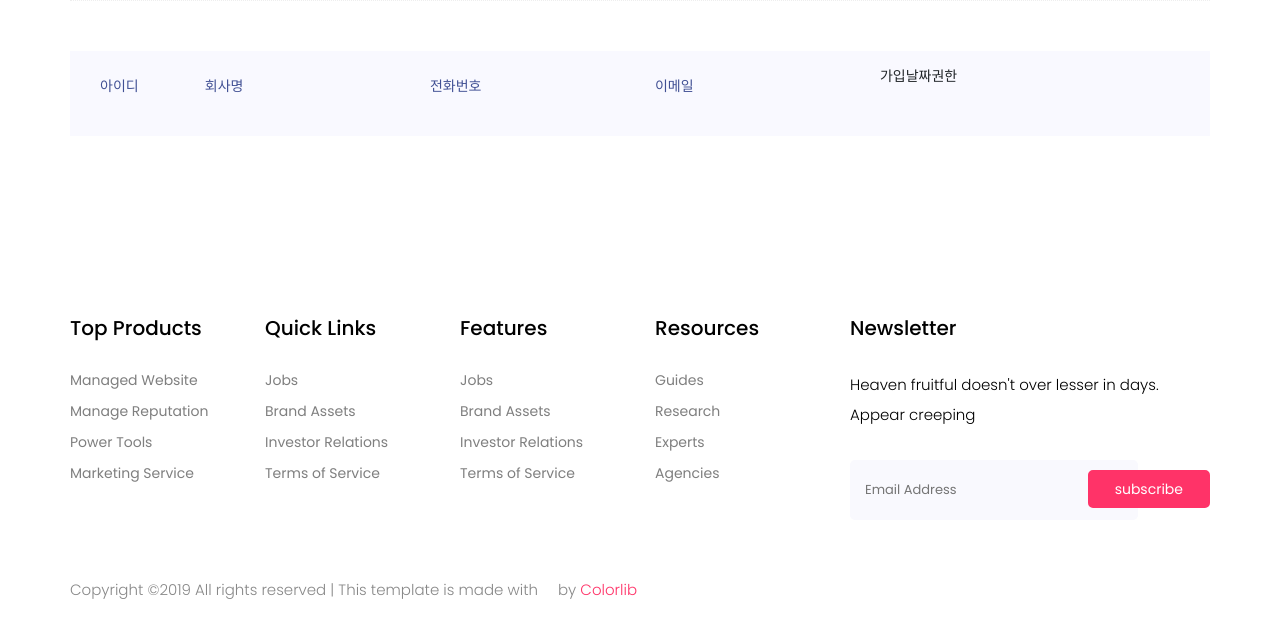
Repository: Park-SM/JspInUniv
Page: http://localhost/park-shop/member-list.jsp
The author's editor kept a copy of each file at every save. The page is drawn from the files as they stood at one save, then again after a run of saves.
The browser window is 1280 px wide. The pictures show the part of the page from y = 499 to 1129 px (the page is 1129 px tall).
Some web fonts or font styles are not loaded; a fallback is used. The page is served by Tomcat 9. Other server files are loaded and not shown.

Above is the page before, as saved 2019-12-18 18:13:10.

### 2a201612015/park-shop/WebContent/member-list.jsp
<%@ page language="java" contentType="text/html; charset=UTF-8" pageEncoding="UTF-8"%>
<%@ taglib uri="http://java.sun.com/jsp/jstl/core" prefix="c" %>
<!doctype html>
<html lang="zxx">

<head>
	<!-- Required meta tags -->
	<meta charset="utf-8">
	<meta name="viewport" content="width=device-width, initial-scale=1, shrink-to-fit=no">
	<title>aranoz</title>
	<link rel="icon" href="img/favicon.png">
	<!-- Bootstrap CSS -->
	<link rel="stylesheet" href="css/bootstrap.min.css">
	<!-- animate CSS -->
	<link rel="stylesheet" href="css/animate.css">
	<!-- owl carousel CSS -->
	<link rel="stylesheet" href="css/owl.carousel.min.css">
	<!-- font awesome CSS -->
	<link rel="stylesheet" href="css/all.css">
	<!-- flaticon CSS -->
	<link rel="stylesheet" href="css/flaticon.css">
	<link rel="stylesheet" href="css/themify-icons.css">
	<link rel="stylesheet" href="css/nice-select.css">
	<!-- font awesome CSS -->
	<link rel="stylesheet" href="css/magnific-popup.css">
	<!-- swiper CSS -->
	<link rel="stylesheet" href="css/slick.css">
	<!-- style CSS -->
	<link rel="stylesheet" href="css/style.css">
</head>

<body>
	<!--::header part start::-->
	<%@ include file="header.jsp" %>
	<!-- Header part end-->


	<!-- breadcrumb start-->
	<section class="breadcrumb breadcrumb_bg">
		<div class="container">
			<div class="row">
				<div class="col-lg-12">
					<div class="breadcrumb_iner text-center">
						<div class="breadcrumb_iner_item">
							<h2>elements</h2>
						</div>
					</div>
				</div>
			</div>
		</div>
	</section>
	<!-- breadcrumb start-->

	<!-- Start Align Area -->
	<div class="whole-wrap">
		<div class="container box_1170">
			<div class="section-top-border">
				<div class="progress-table-wrap">
					<div class="progress-table">
						<div class="table-head">
							<div class="serial">아이디</div>
							<div class="visit">회사명</div>
							<div class="visit">전화번호</div>
							<div class="visit">이메일</div>
							<div>가입날짜</div>
							<div>권한</div>
						</div>

						 <c:choose>
	                         <c:when test="${ requestScope.memberlist != null}" >
	                            <c:forEach var="m" items="${ requestScope.memberlist }">
									<div class="table-row">
										<div class="serial">${ m.id }</div>
										<div class="visit">${ m.name }</div>
										<div class="visit">${ m.phone }</div>
										<div class="visit">${ m.email }</div>
										<div>${ m.regDate }</div>
										<div>${ m.rank }</div>
									</div>
								</c:forEach>
	                         </c:when>
	                         <c:otherwise>
	                         </c:otherwise>
                         </c:choose>

					</div>
				</div>
			</div>
		</div>
	</div>
	<!-- End Align Area -->

	<!--::footer_part start::-->
	<%@ include file="footer.jsp" %>
	<!--::footer_part end::-->

	<!-- jquery plugins here-->
	<!-- jquery -->
	<script src="js/jquery-1.12.1.min.js"></script>
	<!-- popper js -->
	<script src="js/popper.min.js"></script>
	<!-- bootstrap js -->
	<script src="js/bootstrap.min.js"></script>
	<!-- easing js -->
	<script src="js/jquery.magnific-popup.js"></script>
	<!-- swiper js -->
	<script src="js/swiper.min.js"></script>
	<!-- swiper js -->
	<script src="js/masonry.pkgd.js"></script>
	<!-- particles js -->
	<script src="js/owl.carousel.min.js"></script>
	<script src="js/jquery.nice-select.min.js"></script>
	<!-- slick js -->
	<script src="js/slick.min.js"></script>
	<script src="js/jquery.counterup.min.js"></script>
	<script src="js/waypoints.min.js"></script>
	<script src="js/contact.js"></script>
	<script src="js/jquery.ajaxchimp.min.js"></script>
	<script src="js/jquery.form.js"></script>
	<script src="js/jquery.validate.min.js"></script>
	<script src="js/mail-script.js"></script>
	<!-- custom js -->
	<script src="js/custom.js"></script>
</body>

</html>

### 2a201612015/park-shop/WebContent/header.jsp
    <%@ taglib uri="http://java.sun.com/jsp/jstl/core" prefix="c" %>

    <header class="main_menu home_menu">
        <div class="container">
            <div class="row align-items-center">
                <div class="col-lg-12">
                    <nav class="navbar navbar-expand-lg navbar-light">
                        <a class="navbar-brand" href="index.jsp"> <img src="img/logo.png" alt="logo"> </a>
                        <button class="navbar-toggler" type="button" data-toggle="collapse"
                            data-target="#navbarSupportedContent" aria-controls="navbarSupportedContent"
                            aria-expanded="false" aria-label="Toggle navigation">
                            <span class="menu_icon"><i class="fas fa-bars"></i></span>
                        </button>

                        <div class="collapse navbar-collapse main-menu-item" id="navbarSupportedContent">
                            <ul class="navbar-nav">
                                <li class="nav-item">
                                    <a class="nav-link" href="member-list.do">Members</a>
                                </li>
                                <li class="nav-item dropdown">
                                    <a class="nav-link dropdown-toggle" href="blog.jsp" id="navbarDropdown_1"
                                        role="button" data-toggle="dropdown" aria-haspopup="true" aria-expanded="false">
                                        Shop
                                    </a>
                                    <div class="dropdown-menu" aria-labelledby="navbarDropdown_1">
                                        <a class="dropdown-item" href="category.jsp"> shop category</a>
                                        <a class="dropdown-item" href="product-list.do">product lists</a>
                                    </div>
                                </li>
                                <li class="nav-item dropdown">
                                    <a class="nav-link dropdown-toggle" href="blog.jsp" id="navbarDropdown_3"
                                        role="button" data-toggle="dropdown" aria-haspopup="true" aria-expanded="false">
                                        pages
                                    </a>
                                    <div class="dropdown-menu" aria-labelledby="navbarDropdown_2">
                                    	<c:if test="${sessionScope.login != 'success' }">
                                        	<a class="dropdown-item" href="login.jsp"> login</a>
                                        </c:if>

                                         <c:choose>
				                            <c:when test="${ sessionScope.login_id == 'admin' }" >
				                            	<a class="dropdown-item" href="product-register.jsp">product register</a>
				                            </c:when>
				                        </c:choose>
                                        <a class="dropdown-item" href="member-list.do">member-list</a>
                                        <a class="dropdown-item" href="checkout.jsp">product checkout</a>
                                        <a class="dropdown-item" href="cart.jsp">shopping cart</a>
                                        <a class="dropdown-item" href="confirmation.jsp">confirmation</a>
                                        <a class="dropdown-item" href="elements.jsp">elements</a>
                                    </div>
                                </li>
                                <li class="nav-item dropdown">
                                    <a class="nav-link dropdown-toggle" href="blog.jsp" id="navbarDropdown_2"
                                        role="button" data-toggle="dropdown" aria-haspopup="true" aria-expanded="false">
                                        blog
                                    </a>
                                    <div class="dropdown-menu" aria-labelledby="navbarDropdown_2">
                                        <a class="dropdown-item" href="blog.jsp"> blog</a>
                                        <a class="dropdown-item" href="single-blog.jsp">Single blog</a>
                                    </div>
                                </li>

                                <li class="nav-item">
                                    <a class="nav-link" href="contact.jsp">Contact</a>
                                </li>
                            </ul>
                        </div>
                        <div class="hearer_icon d-flex">
                            <a id="search_1" href="javascript:void(0)"><i class="ti-search"></i></a>

                            <c:choose>
	                            <c:when test="${sessionScope.login != 'success'}" >
	                            	<a href="login.jsp"><i class="ti-heart-broken"></i></a>
	                            </c:when>
	                            <c:otherwise>
	                            	<a href='confirm-pw.jsp?id=${ sessionScope.login_id }'><i class="ti-user"></i></button>
	                            	<a href="logout.jsp"><i class="ti-arrow-right"></i></a>
	                            </c:otherwise>
                            </c:choose>



                        <%---
                            <%
                            	String loginInfo = (String) session.getAttribute("login");
                            	if (loginInfo != null && loginInfo.equals("success")) {
                            %>
                            		<a href="info.jsp"><i class="ti-heart"></i></a>
                            		<a href="logout.jsp"><i class="ti-arrow-right"></i></a>
                            <%
                            	} else {
                            %>
                            		<a href="login.jsp"><i class="ti-heart-broken"></i></a>
                            <%
                            	}
                            %>
                        --%>

                            <div class="dropdown cart">
                                <a class="dropdown-toggle" href="./product-list.do" id="navbarDropdown3" role="button">
                                    <i class="fas fa-cart-plus"></i>
                                </a>
                                <!-- <div class="dropdown-menu" aria-labelledby="navbarDropdown">
                                    <div class="single_product">

                                    </div>
                                </div> -->

                            </div>
                        </div>
                    </nav>
                </div>
            </div>
        </div>
    </header>

### 2a201612015/park-shop/WebContent/footer.jsp
<footer class="footer_part">
        <div class="container">
            <div class="row justify-content-around">
                <div class="col-sm-6 col-lg-2">
                    <div class="single_footer_part">
                        <h4>Top Products</h4>
                        <ul class="list-unstyled">
                            <li><a href="">Managed Website</a></li>
                            <li><a href="">Manage Reputation</a></li>
                            <li><a href="">Power Tools</a></li>
                            <li><a href="">Marketing Service</a></li>
                        </ul>
                    </div>
                </div>
                <div class="col-sm-6 col-lg-2">
                    <div class="single_footer_part">
                        <h4>Quick Links</h4>
                        <ul class="list-unstyled">
                            <li><a href="">Jobs</a></li>
                            <li><a href="">Brand Assets</a></li>
                            <li><a href="">Investor Relations</a></li>
                            <li><a href="">Terms of Service</a></li>
                        </ul>
                    </div>
                </div>
                <div class="col-sm-6 col-lg-2">
                    <div class="single_footer_part">
                        <h4>Features</h4>
                        <ul class="list-unstyled">
                            <li><a href="">Jobs</a></li>
                            <li><a href="">Brand Assets</a></li>
                            <li><a href="">Investor Relations</a></li>
                            <li><a href="">Terms of Service</a></li>
                        </ul>
                    </div>
                </div>
                <div class="col-sm-6 col-lg-2">
                    <div class="single_footer_part">
                        <h4>Resources</h4>
                        <ul class="list-unstyled">
                            <li><a href="">Guides</a></li>
                            <li><a href="">Research</a></li>
                            <li><a href="">Experts</a></li>
                            <li><a href="">Agencies</a></li>
                        </ul>
                    </div>
                </div>
                <div class="col-sm-6 col-lg-4">
                    <div class="single_footer_part">
                        <h4>Newsletter</h4>
                        <p>Heaven fruitful doesn't over lesser in days. Appear creeping
                        </p>
                        <div id="mc_embed_signup">
                            <form target="_blank"
                                action="https://spondonit.us12.list-manage.com/subscribe/post?u=1462626880ade1ac87bd9c93a&amp;id=92a4423d01"
                                method="get" class="subscribe_form relative mail_part">
                                <input type="email" name="email" id="newsletter-form-email" placeholder="Email Address"
                                    class="placeholder hide-on-focus" onfocus="this.placeholder = ''"
                                    onblur="this.placeholder = ' Email Address '">
                                <button type="submit" name="submit" id="newsletter-submit"
                                    class="email_icon newsletter-submit button-contactForm">subscribe</button>
                                <div class="mt-10 info"></div>
                            </form>
                        </div>
                    </div>
                </div>
            </div>

        </div>
        <div class="copyright_part">
            <div class="container">
                <div class="row">
                    <div class="col-lg-8">
                        <div class="copyright_text">
                            <P><!-- Link back to Colorlib can't be removed. Template is licensed under CC BY 3.0. -->
Copyright &copy;<script>document.write(new Date().getFullYear());</script> All rights reserved | This template is made with <i class="ti-heart" aria-hidden="true"></i> by <a href="https://colorlib.com" target="_blank">Colorlib</a>
<!-- Link back to Colorlib can't be removed. Template is licensed under CC BY 3.0. --></P>
                        </div>
                    </div>
                    <div class="col-lg-4">
                        <div class="footer_icon social_icon">
                            <ul class="list-unstyled">
                                <li><a href="#" class="single_social_icon"><i class="fab fa-facebook-f"></i></a></li>
                                <li><a href="#" class="single_social_icon"><i class="fab fa-twitter"></i></a></li>
                                <li><a href="#" class="single_social_icon"><i class="fas fa-globe"></i></a></li>
                                <li><a href="#" class="single_social_icon"><i class="fab fa-behance"></i></a></li>
                            </ul>
                        </div>
                    </div>
                </div>
            </div>
        </div>
    </footer>

### 2a201612015/park-shop/WebContent/js/contact.js
$(document).ready(function(){

    (function($) {
        "use strict";


    jQuery.validator.addMethod('answercheck', function (value, element) {
        return this.optional(element) || /^\bcat\b$/.test(value)
    }, "type the correct answer -_-");

    // validate contactForm form
    $(function() {
        $('#contactForm').validate({
            rules: {
                name: {
                    required: true,
                    minlength: 2
                },
                subject: {
                    required: true,
                    minlength: 4
                },
                number: {
                    required: true,
                    minlength: 5
                },
                email: {
                    required: true,
                    email: true
                },
                message: {
                    required: true,
                    minlength: 20
                }
            },
            messages: {
                name: {
                    required: "come on, you have a name, don't you?",
                    minlength: "your name must consist of at least 2 characters"
                },
                subject: {
                    required: "come on, you have a subject, don't you?",
                    minlength: "your subject must consist of at least 4 characters"
                },
                number: {
                    required: "come on, you have a number, don't you?",
                    minlength: "your Number must consist of at least 5 characters"
                },
                email: {
                    required: "no email, no message"
                },
                message: {
                    required: "um...yea, you have to write something to send this form.",
                    minlength: "thats all? really?"
                }
            },
            submitHandler: function(form) {
                $(form).ajaxSubmit({
                    type:"POST",
                    data: $(form).serialize(),
                    url:"contact_process.php",
                    success: function() {
                        $('#contactForm :input').attr('disabled', 'disabled');
                        $('#contactForm').fadeTo( "slow", 1, function() {
                            $(this).find(':input').attr('disabled', 'disabled');
                            $(this).find('label').css('cursor','default');
                            $('#success').fadeIn()
                            $('.modal').modal('hide');
		                	$('#success').modal('show');
                        })
                    },
                    error: function() {
                        $('#contactForm').fadeTo( "slow", 1, function() {
                            $('#error').fadeIn()
                            $('.modal').modal('hide');
		                	$('#error').modal('show');
                        })
                    }
                })
            }
        })
    })

 })(jQuery)
})

### 2a201612015/park-shop/WebContent/js/mail-script.js
    // -------   Mail Send ajax

     $(document).ready(function() {
        var form = $('#myForm'); // contact form
        var submit = $('.submit-btn'); // submit button
        var alert = $('.alert-msg'); // alert div for show alert message

        // form submit event
        form.on('submit', function(e) {
            e.preventDefault(); // prevent default form submit

            $.ajax({
                url: 'mail.php', // form action url
                type: 'POST', // form submit method get/post
                dataType: 'html', // request type html/json/xml
                data: form.serialize(), // serialize form data
                beforeSend: function() {
                    alert.fadeOut();
                    submit.html('Sending....'); // change submit button text
                },
                success: function(data) {
                    alert.html(data).fadeIn(); // fade in response data
                    form.trigger('reset'); // reset form
                    submit.attr("style", "display: none !important");; // reset submit button text
                },
                error: function(e) {
                    console.log(e)
                }
            });
        });
    });

Loaded but not shown: 2a201612015/park-shop/WebContent/css/bootstrap.min.css (library); 2a201612015/park-shop/WebContent/css/animate.css (library); 2a201612015/park-shop/WebContent/css/owl.carousel.min.css (library); 2a201612015/park-shop/WebContent/css/all.css (library); 2a201612015/park-shop/WebContent/css/flaticon.css (common file); 2a201612015/park-shop/WebContent/css/themify-icons.css (common file); 2a201612015/park-shop/WebContent/css/nice-select.css (common file); 2a201612015/park-shop/WebContent/css/magnific-popup.css (library); 2a201612015/park-shop/WebContent/css/slick.css (common file); 2a201612015/park-shop/WebContent/css/style.css (library); 2a201612015/park-shop/WebContent/js/jquery-1.12.1.min.js (library); 2a201612015/park-shop/WebContent/js/popper.min.js (library); 2a201612015/park-shop/WebContent/js/bootstrap.min.js (library); 2a201612015/park-shop/WebContent/js/jquery.magnific-popup.js (library); 2a201612015/park-shop/WebContent/js/swiper.min.js (library); 2a201612015/park-shop/WebContent/js/owl.carousel.min.js (library); 2a201612015/park-shop/WebContent/js/jquery.nice-select.min.js (common file); 2a201612015/park-shop/WebContent/js/slick.min.js (library); 2a201612015/park-shop/WebContent/js/jquery.counterup.min.js (common file); 2a201612015/park-shop/WebContent/js/waypoints.min.js (library); 2a201612015/park-shop/WebContent/js/jquery.ajaxchimp.min.js (library); 2a201612015/park-shop/WebContent/js/jquery.form.js (library); 2a201612015/park-shop/WebContent/js/jquery.validate.min.js (library); 2a201612015/park-shop/WebContent/js/masonry.pkgd.js (2503 lines, source omitted); 2a201612015/park-shop/WebContent/js/custom.js (360 lines, source omitted)

After the next 2 saves:
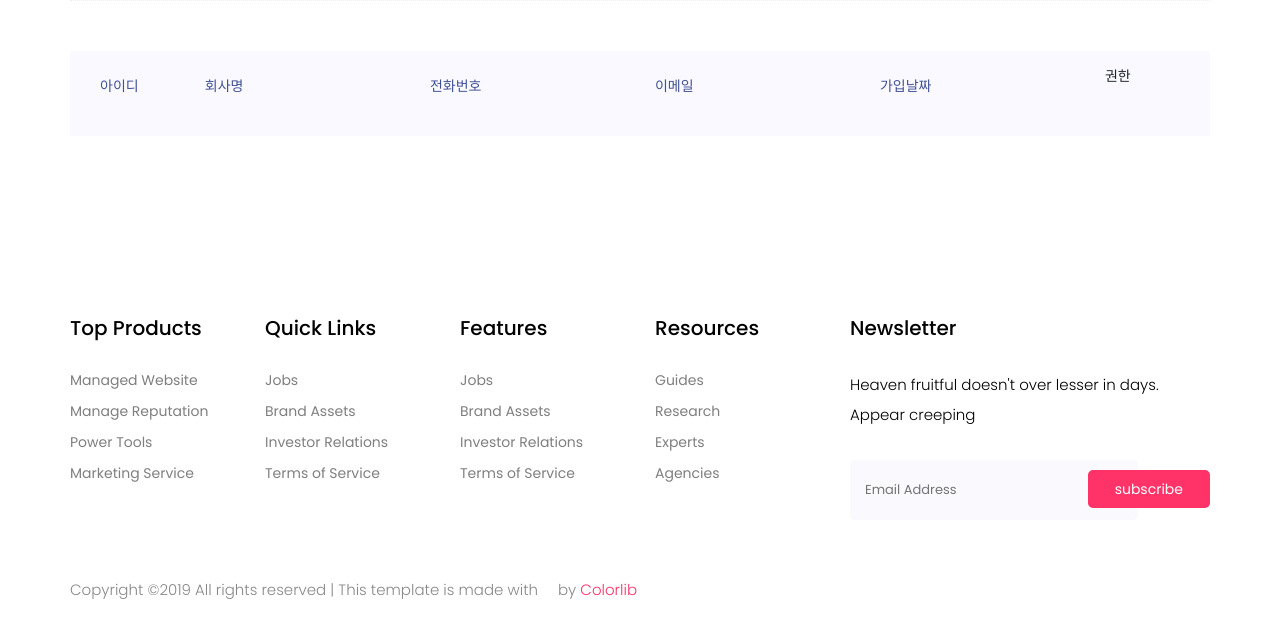
The 2 saves are shown as one change because they came seconds apart.
The last was saved 13 s later.
--- a/2a201612015/park-shop/WebContent/member-list.jsp
+++ b/2a201612015/park-shop/WebContent/member-list.jsp
@@ -62,7 +62,7 @@
 							<div class="visit">회사명</div>
 							<div class="visit">전화번호</div>
 							<div class="visit">이메일</div>
-							<div>가입날짜</div>
+							<div class="visit">가입날짜</div>
 							<div>권한</div>
 						</div>
 
@@ -74,7 +74,7 @@
 										<div class="visit">${ m.name }</div>
 										<div class="visit">${ m.phone }</div>
 										<div class="visit">${ m.email }</div>
-										<div>${ m.regDate }</div>
+										<div class="visit">${ m.regDate }</div>
 										<div>${ m.rank }</div>
 									</div>
 								</c:forEach>
